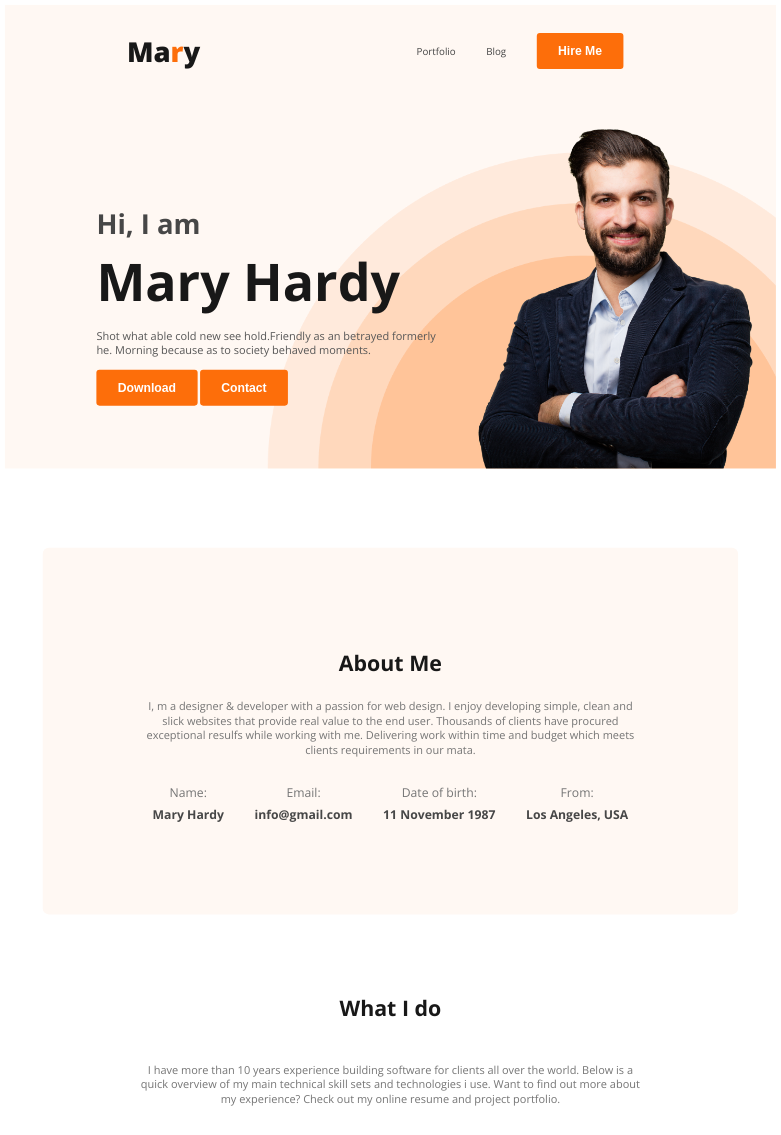
Repository: ShouravAhammed/Simple-Portfolio-Webpage
Page: index.html
The author's editor kept a copy of each file at every save. The page is drawn from the files as they stood at one save, then again after the next save.
The browser window is 1280 px wide. The pictures show the whole page, at 61% of full size.

Above is the page before, as saved 2024-01-06 02:02:59.

After the next save:
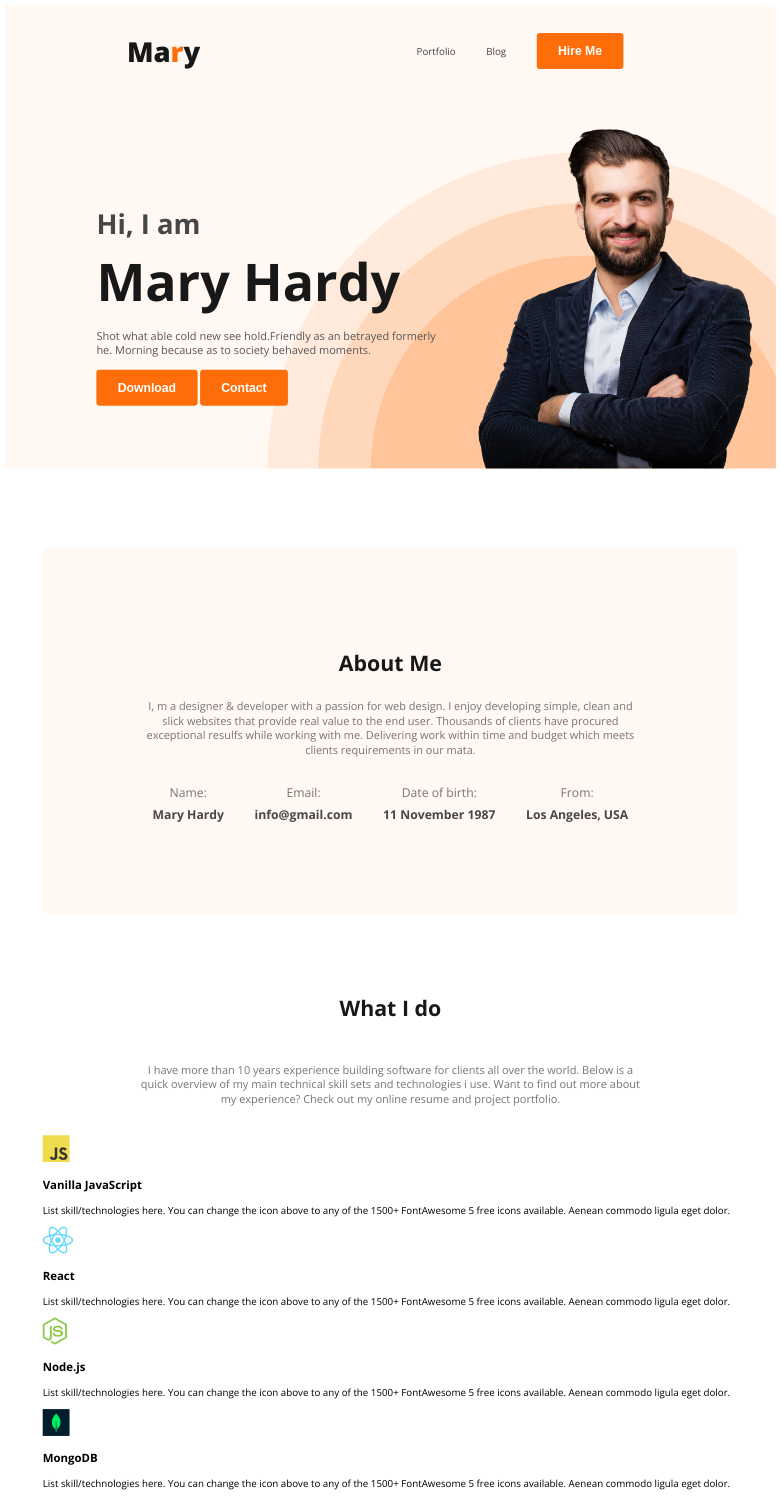
Saved 5 min 35 s later.
--- a/index.html
+++ b/index.html
@@ -54,7 +54,28 @@
         <section>
             <h3 class="section-title">What I do</h3>
             <p id="what-i-do-description" class="section-description">I have more than 10 years experience building software for clients all over the world. Below is a quick overview of my main technical skill sets and technologies i use. Want to find out more about my experience? Check out my online resume and project portfolio.</p>
-
+            <div class="skills-container">
+                <div class="skills">
+                    <img src="images/icons/js.png" alt="">
+                    <h3 class="skills-title">Vanilla JavaScript</h3>
+                    <p class="skills-description">List skill/technologies here. You can change the icon above to any of the 1500+ FontAwesome 5 free icons available. Aenean commodo ligula eget dolor.</p>
+                </div>
+                <div class="skills">
+                    <img src="images/icons/react.png" alt="">
+                    <h3 class="skills-title">React</h3>
+                    <p class="skills-description">List skill/technologies here. You can change the icon above to any of the 1500+ FontAwesome 5 free icons available. Aenean commodo ligula eget dolor.</p>
+                </div>
+                <div class="skills">
+                    <img src="images/icons/nodejs.png" alt="">
+                    <h3 class="skills-title">Node.js</h3>
+                    <p class="skills-description">List skill/technologies here. You can change the icon above to any of the 1500+ FontAwesome 5 free icons available. Aenean commodo ligula eget dolor.</p>
+                </div>
+                <div class="skills">
+                    <img src="images/icons/mongo.png" alt="">
+                    <h3 class="skills-title">MongoDB</h3>
+                    <p class="skills-description">List skill/technologies here. You can change the icon above to any of the 1500+ FontAwesome 5 free icons available. Aenean commodo ligula eget dolor.</p>
+                </div>
+            </div>
         </section>
 
     </main>
